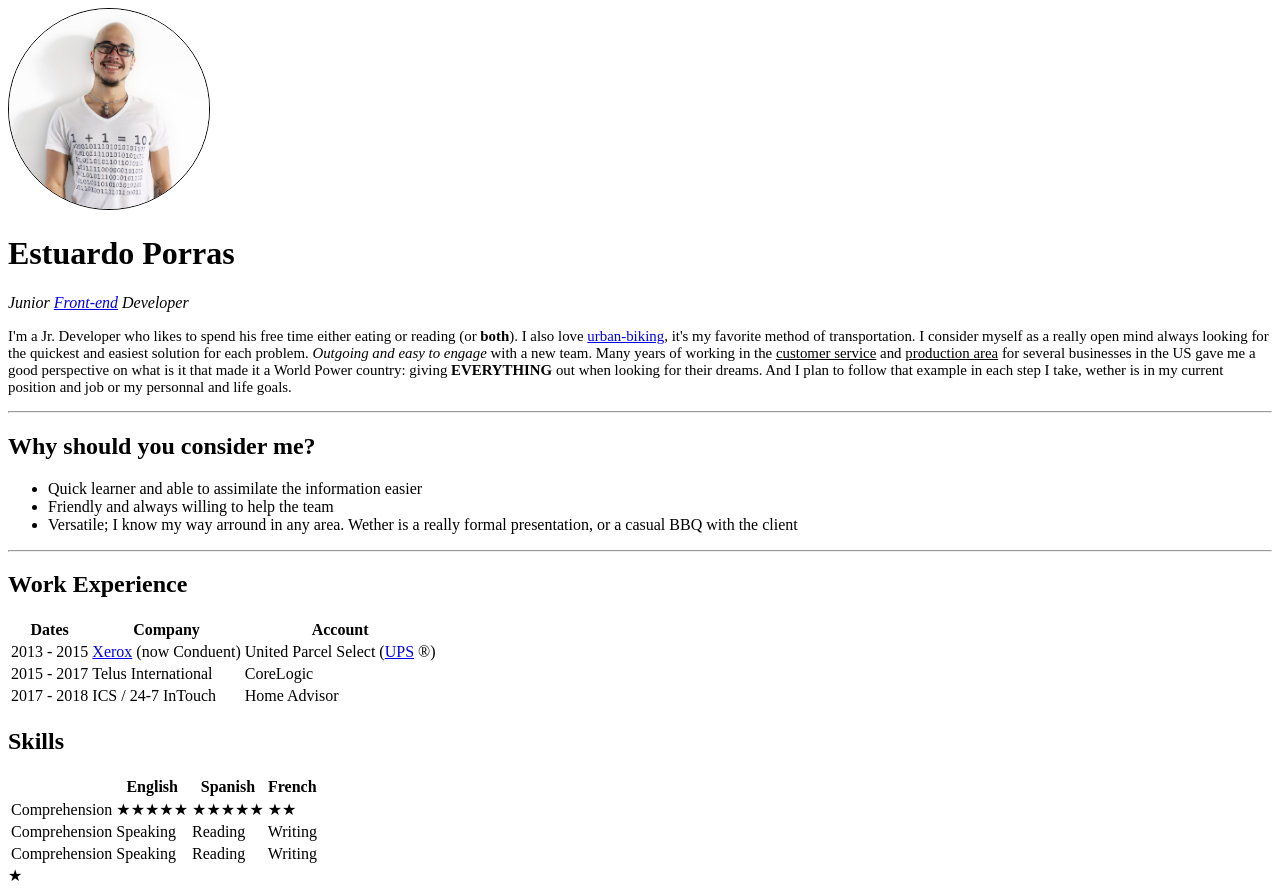
Repository: soloestuardo/bootstrap
Page: proyectos/cv/index.html
The author's editor kept a record of every edit. The page is drawn from the files as they stood at one moment, then again after the next edit.
The browser window is 1280 px wide. The pictures show the whole page.

Above is the page before.

### proyectos/cv/index.html
<!DOCTYPE html>
<html>
<head>
    <meta charset="UTF-8">
    <meta name="author" content="Estuardo Porras">
    <title>Curriculum Vitae</title>
</head>
<body>

    <!------------------HEADER------------------>

    <header>
        <img src="img/ep.jpg" alt="Profile Picture" style="width:200px; height:200px; border:1px solid black; border-radius:270px;">
        <h1>Estuardo Porras</h1>
        <p><em>Junior <a href="#">Front-end</a> Developer</em></p>
    </header>

    <!------------------MAIN------------------>

    <main>

        <!------------------------------------DESCRIPCIÓN------------------------------------>

        <section class="descripcion">
            <p style="font-size:0.93em;">I'm a Jr. Developer who likes to spend his free time either eating or reading (or <strong>both</strong>). I also love <a href="#">urban-biking</a>, it's my favorite method of transportation.
            I consider myself as a really open mind always looking for the quickest and easiest solution for each problem. <em>Outgoing and easy to engage</em> with a new team.
            Many years of working in the <u>customer service</u> and <u>production area</u> for several businesses in the US gave me a good perspective on what is it that made it a
            World Power country: giving <strong>EVERYTHING</strong> out when looking for their dreams. And I plan to follow that example in each step I take, wether is in my current position and job or my personnal and life goals.</p><hr>
        </section>
        <section class="lista1">
            <h2>Why should you consider me?</h2>
            <ul>
                <li>Quick learner and able to assimilate the information easier</li>
                <li>Friendly and always willing to help the team</li>
                <li>Versatile; I know my way arround in any area. Wether is a really formal presentation, or a casual BBQ with the client</li>
            </ul>
        </section><hr>

        <!------------------------------------EXPERIENCIA------------------------------------>

        <section class="work">
            <h2>Work Experience</h2>
            <table>
                <tr>
                    <th>Dates</th>
                    <th>Company</th>
                    <th>Account</th>
                </tr>
                <tr>
                    <td>2013 - 2015</td>
                    <td><a href="#">Xerox</a> (now Conduent)</td>
                    <td>United Parcel Select (<a href="#">UPS</a> ®)</td>
                </tr>
                <tr>
                    <td>2015 - 2017</td>
                    <td>Telus International</td>
                    <td>CoreLogic</td>
                </tr>
                <tr>
                    <td>2017 - 2018</td>
                    <td>ICS / 24-7 InTouch</td>
                    <td>Home Advisor</td>
                </tr>
            </table>
        </section>

        <!------------------------------------HABILIDADES------------------------------------>

        <h2>Skills</h2>
        <table>
            <tr>
                <th></th>
                <th>English</th>
                <th>Spanish</th>
                <th>French</th>
            </tr>
            <tr>
                <td>Comprehension</td>
                <td>&#x2605;&#x2605;&#x2605;&#x2605;&#x2605;</td>
                <td>&#x2605;&#x2605;&#x2605;&#x2605;&#x2605;</td>
                <td>&#x2605;&#x2605;</td>
            </tr>
            <tr>
                <td>Comprehension</td>
                <td>Speaking</td>
                <td>Reading</td>
                <td>Writing</td>
            </tr>
            <tr>
                <td>Comprehension</td>
                <td>Speaking</td>
                <td>Reading</td>
                <td>Writing</td>
            </tr>
        </table>

        &#x2605;

    </main>

    <!------------------FOOTER------------------>

    <footer>

    </footer>
</body>
</html>

After the next edit:
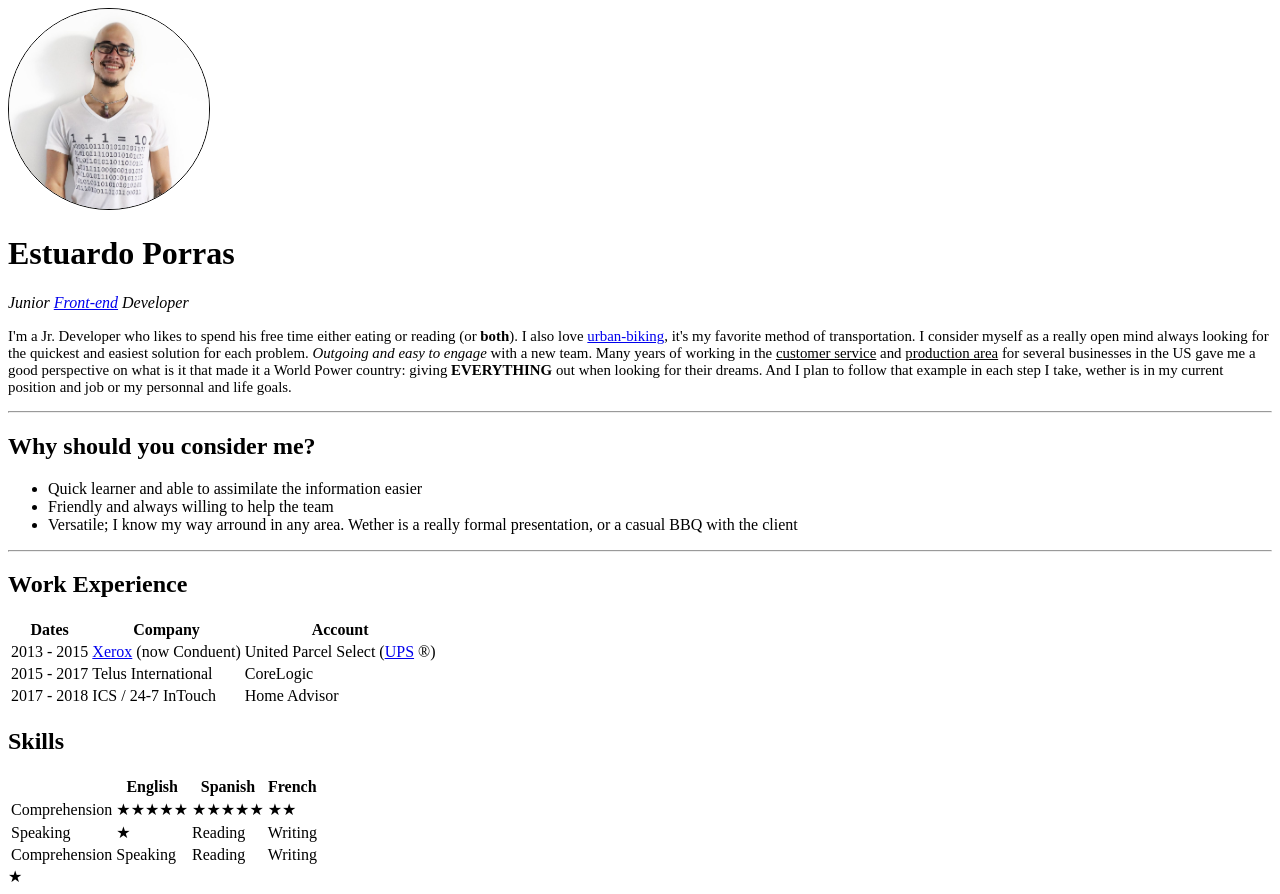
The edit:
--- a/proyectos/cv/index.html
+++ b/proyectos/cv/index.html
@@ -81,8 +81,8 @@
                 <td>&#x2605;&#x2605;</td>
             </tr>
             <tr>
-                <td>Comprehension</td>
                 <td>Speaking</td>
+                <td>&#x2605;</td>
                 <td>Reading</td>
                 <td>Writing</td>
             </tr>
